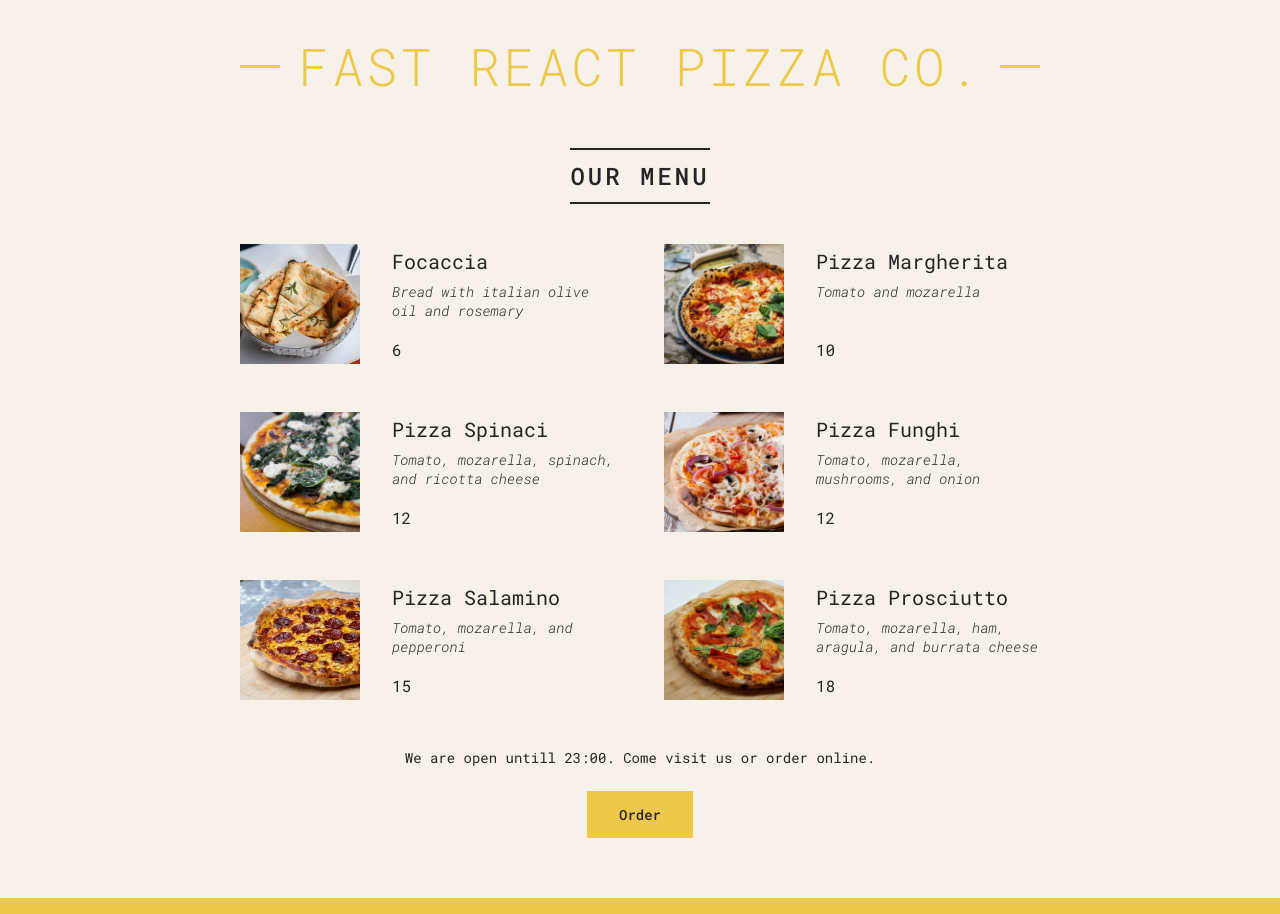
Repository: Aaryan-Poria/pizza-menu
Page: /
An editor plug-in stored every save of this project. The page is shown before and after the next save, followed by the edit.
The browser window is 1280 px wide. The pictures show the whole page.
The project was rebuilt for these pictures with package versions that can differ from the ones it lists, and the page was loaded fresh each time.

Above is the page before, as saved 2023-10-21 20:07:45.

After the next save:
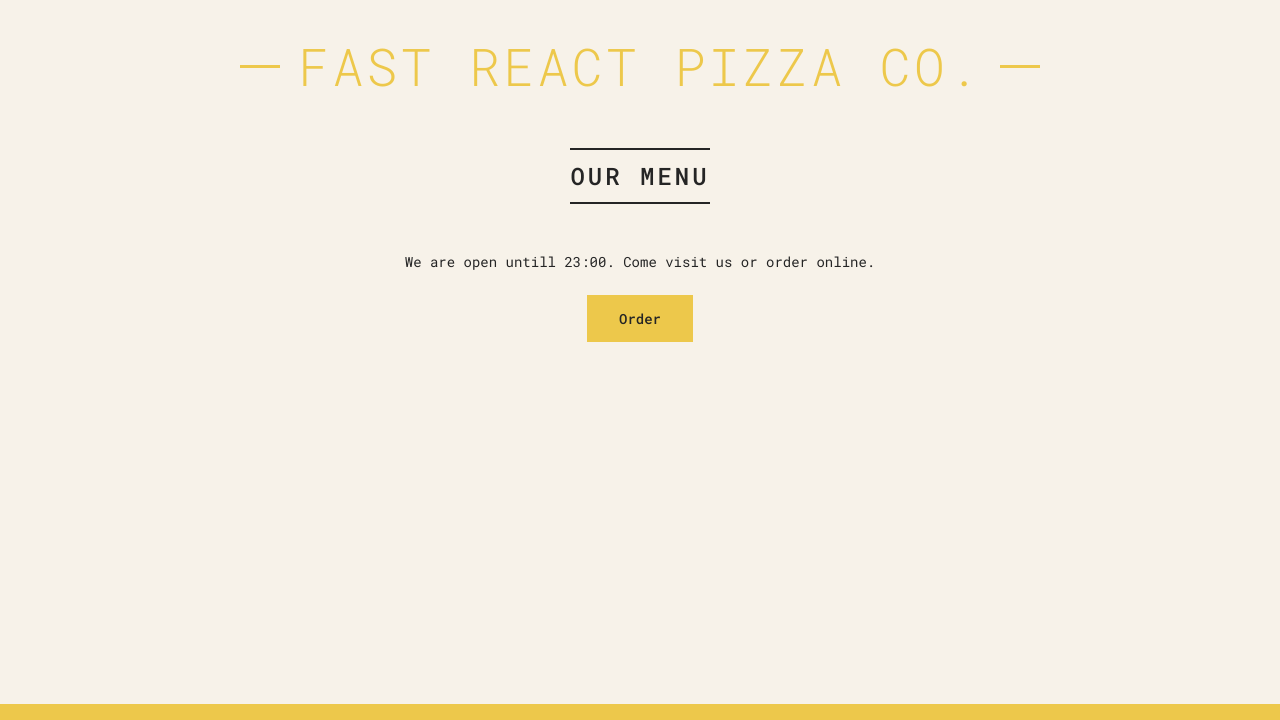
Saved 31 s later.
--- a/src/index.js
+++ b/src/index.js
@@ -67,7 +67,7 @@
 }
 function Menu() {
   const pizzas = pizzaData;
-  const numPizzas = pizzas.length;
+  const numPizzas = 0;
   return (
     <main className="menu">
       <h2> Our Menu</h2>

After the save that followed:
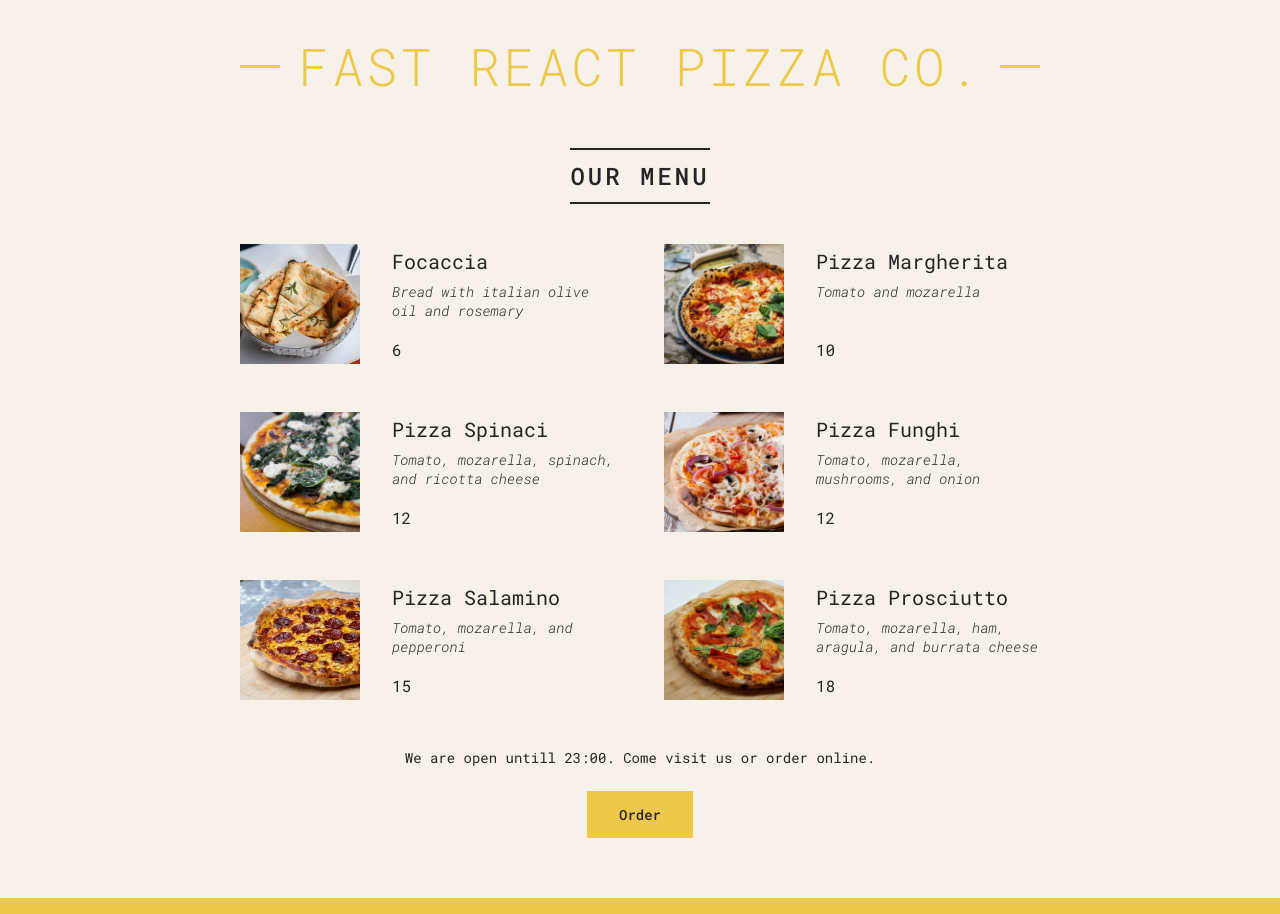
Saved 31 s later.
--- a/src/index.js
+++ b/src/index.js
@@ -67,7 +67,7 @@
 }
 function Menu() {
   const pizzas = pizzaData;
-  const numPizzas = 0;
+  const numPizzas = pizzas.length;
   return (
     <main className="menu">
       <h2> Our Menu</h2>
